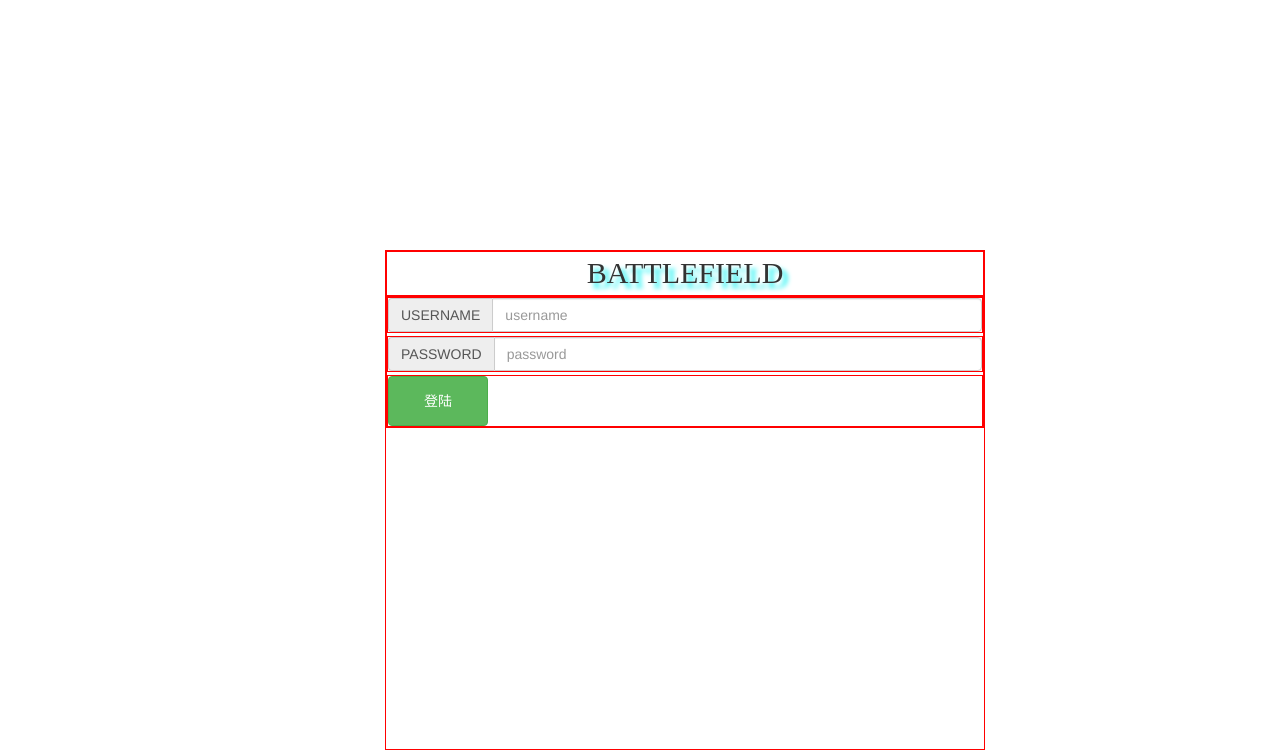
Repository: Tuzijing/Battlefield
Page: http://localhost/static/views/login/login.php
These files come from the project's save history. The page is drawn as it stood at one moment and after the next save; the edit follows.
The browser window is 1280 px wide. The pictures show the whole page.
The page is run by PHP 8.4 with error messages shown; the project is at /var/www/html/.

Above is the page before, as saved 2018-07-11 16:15:51.

After the next save:
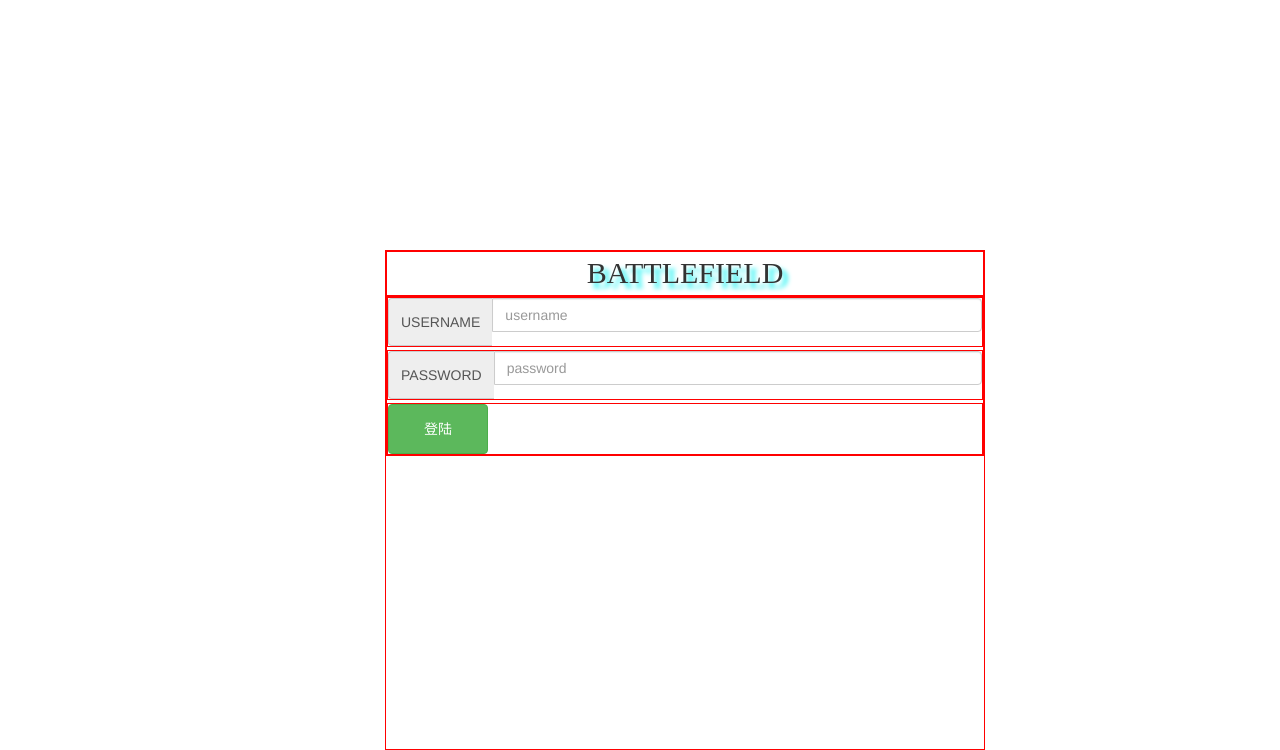
Saved 22 s later.
--- a/BattlefieldWebP/static/common/css/login/login.css
+++ b/BattlefieldWebP/static/common/css/login/login.css
@@ -23,10 +23,12 @@
 /*登陆账号*/
 #login_user{
 	margin-bottom: 3px;
+	height:50px;
 }
 
 #login_password{
 	margin-bottom: 3px;
+	height:50px;
 }
 #login_btn{
 	width:100px;
